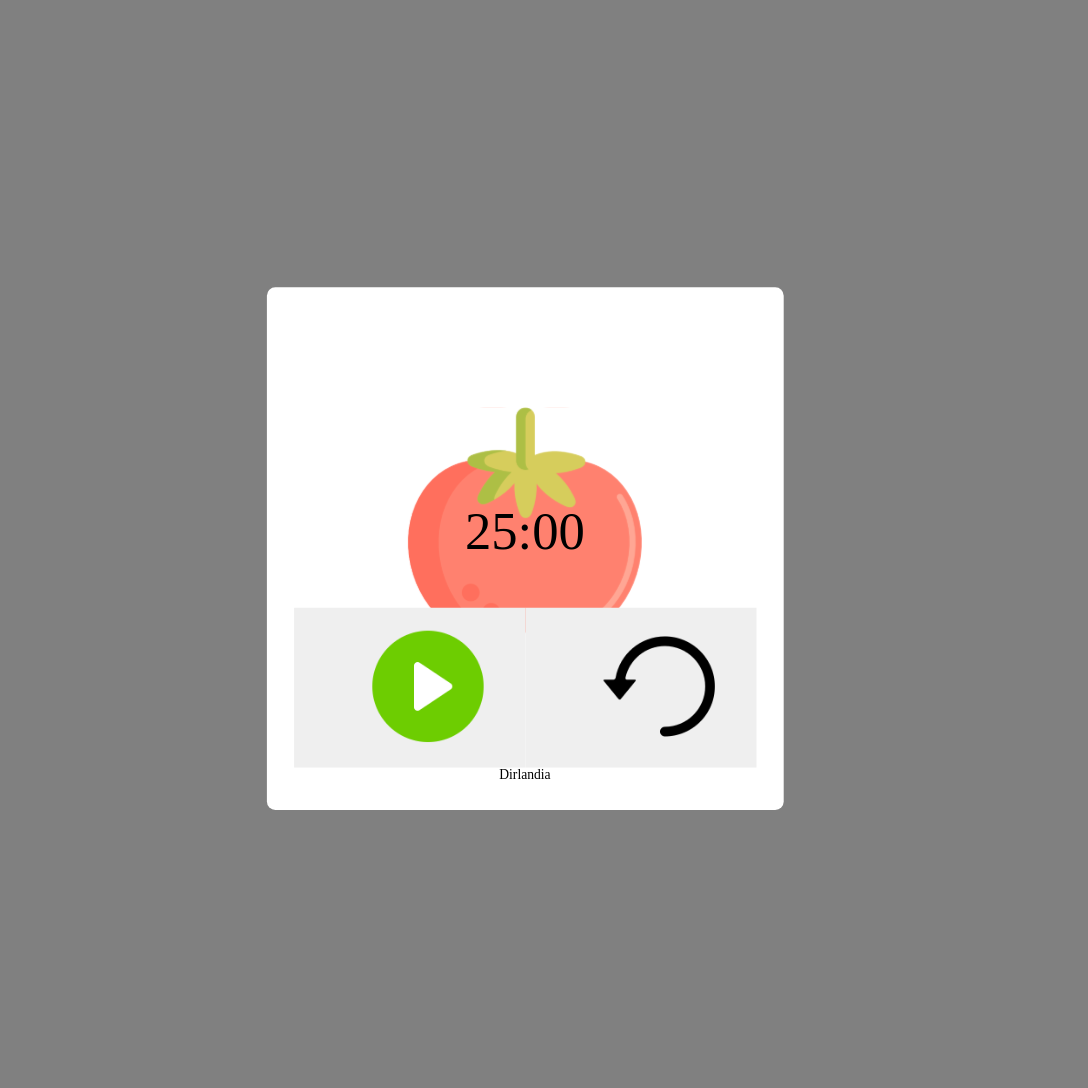
Repository: Dirlandia404/pomodoro
Page: /
The author's editor kept a copy of each file at every save. The page is drawn from the files as they stood at one save, then again after the next save.
The browser window is 1280 px wide. The pictures show the whole page, at 85% of full size.
The project was rebuilt for these pictures with package versions that can differ from the ones it lists, and the page was loaded fresh each time.

Above is the page before, as saved 2021-11-25 10:48:37.

### public/index.html
<!DOCTYPE html>
<html lang="en">

<head>
  <meta charset="utf-8" />
  <link rel="icon" href="%PUBLIC_URL%/image 1.png" />
  <meta name="viewport" content="width=device-width, initial-scale=1" />
  <meta name="theme-color" content="#000000" />
  <meta name="description" content="Web site created using create-react-app" />
  <link rel="apple-touch-icon" href="%PUBLIC_URL%/logo192.png" />
  <!--
      manifest.json provides metadata used when your web app is installed on a
      user's mobile device or desktop. See https://developers.google.com/web/fundamentals/web-app-manifest/
    -->
  <link rel="manifest" href="%PUBLIC_URL%/manifest.json" />
  <!--
      Notice the use of %PUBLIC_URL% in the tags above.
      It will be replaced with the URL of the `public` folder during the build.
      Only files inside the `public` folder can be referenced from the HTML.

      Unlike "/favicon.ico" or "favicon.ico", "%PUBLIC_URL%/favicon.ico" will
      work correctly both with client-side routing and a non-root public URL.
      Learn how to configure a non-root public URL by running `npm run build`.
    -->
  <title>Pomodoro Clock</title>
</head>

<body>
  <noscript>You need to enable JavaScript to run this app.</noscript>
  <div id="root"></div>
  <!--
      This HTML file is a template.
      If you open it directly in the browser, you will see an empty page.

      You can add webfonts, meta tags, or analytics to this file.
      The build step will place the bundled scripts into the <body> tag.

      To begin the development, run `npm start` or `yarn start`.
      To create a production bundle, use `npm run build` or `yarn build`.
    -->
</body>

</html>

### src/index.jsx
import React from "react";
import ReactDOM from "react-dom";
import Clock from "./componentes/Primeiro";

function App() {
    const  tempo ={time:25};

    return(
        <div className="App">
            <Clock trabalho={tempo} />
        </div>
    );
}
ReactDOM.render(
    <App />,
    document.getElementById("root")
)

### src/componentes/Primeiro.jsx
import { useEffect, useState } from "react";
import "./componente.css";

function Clock(props){
  const [time, setTime] = useState(25);

    const tick = () =>{
        if(time === 0){
            reset();
        }else{
            setTime([time -1]);
        }
    }
    const reset = () => setTime(parseInt(time));

    useEffect(() =>{
        const timerId = setInterval(() => tick, 60);
        return () => clearInterval(timerId)
    })
    return (
        <main>
            <form action="">
                <img src="/tomato.svg" alt="Tomate" />
                <p className="time">25:00</p>
                <div className="butoes">
                    <button className="play">
                        <img src="./botao-play.png" alt="" />
                    </button>

                    <button className="reset">
                        <img src="./seta-circular.png" alt="" />
                    </button>
                </div>
            </form>
           <p >Dirlandia</p>
        </main>
    );
}

export default Clock

### src/componentes/componente.css
*{
    margin: 0;
    border: 0;
    padding: 0;
}
body{
    background-color: grey;
    min-width: 100vw;
    min-height: 100vw;
    display: flex;

    text-align: center;
    align-items: center;
    justify-content: center;
}
main {
    background-color: white;
    min-width: 375px;
    max-width: 50%;
    margin-left: 20%;

    justify-content: center;

    padding: 2rem;
    border-radius: 10px;

    margin-top: 1%;
}

form{
    display: flex;
    flex-direction: column;
    margin-top: 20%;
}

img{
    width: 60%;
    margin-left: 20%;
}
p.time {
    margin-top: -40%;
    padding: 10%;
    font-size: 62px;
}
div.butoes{
    align-items: center;
}
button{
    padding: 5%;
    width: 50%;
}

After the next save:
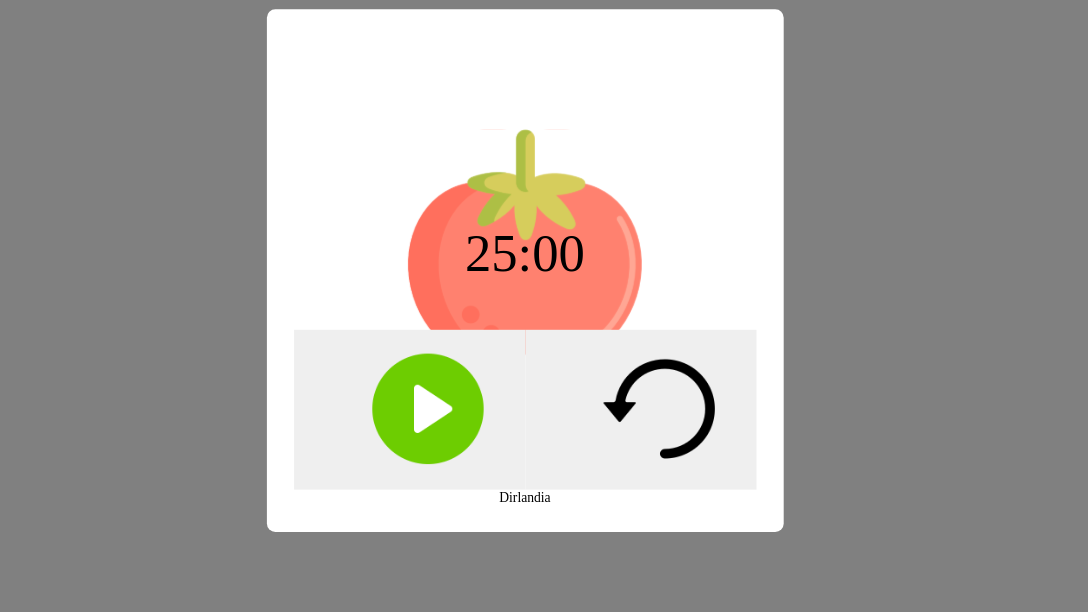
Saved 21 s later.
--- a/src/componentes/componente.css
+++ b/src/componentes/componente.css
@@ -5,8 +5,7 @@
 }
 body{
     background-color: grey;
-    min-width: 100vw;
-    min-height: 100vw;
+
     display: flex;
 
     text-align: center;
